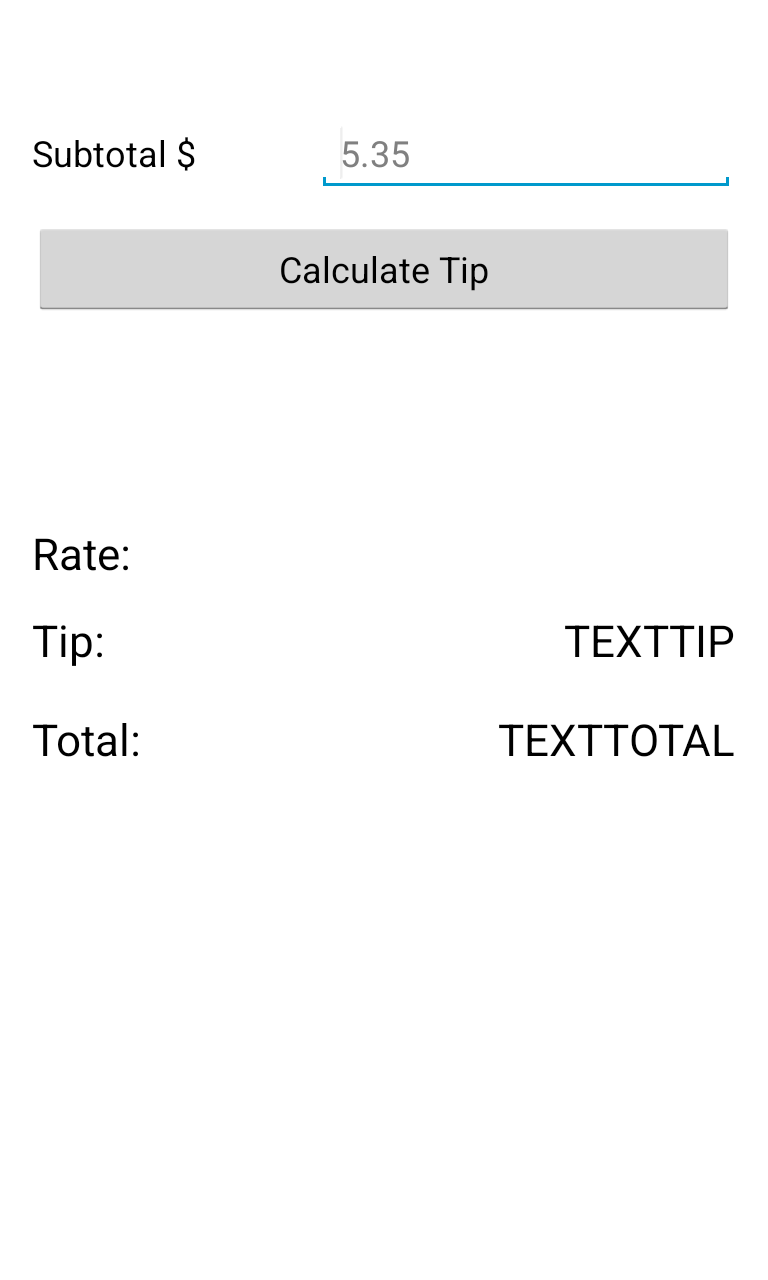
Repository: Jooms/Examples
Layout: RoundTipper/res/layout/activity_main.xml
The author's editor kept a copy of each file at every save. The layout is drawn from the files as they stood at one save, then again after the next save.
It is drawn on a 768 x 1280 px phone screen (xhdpi) without system bars, with theme AppTheme; the app's code is not run.

Above is the layout before, as saved 2014-10-08 07:03:20.

After the next save:
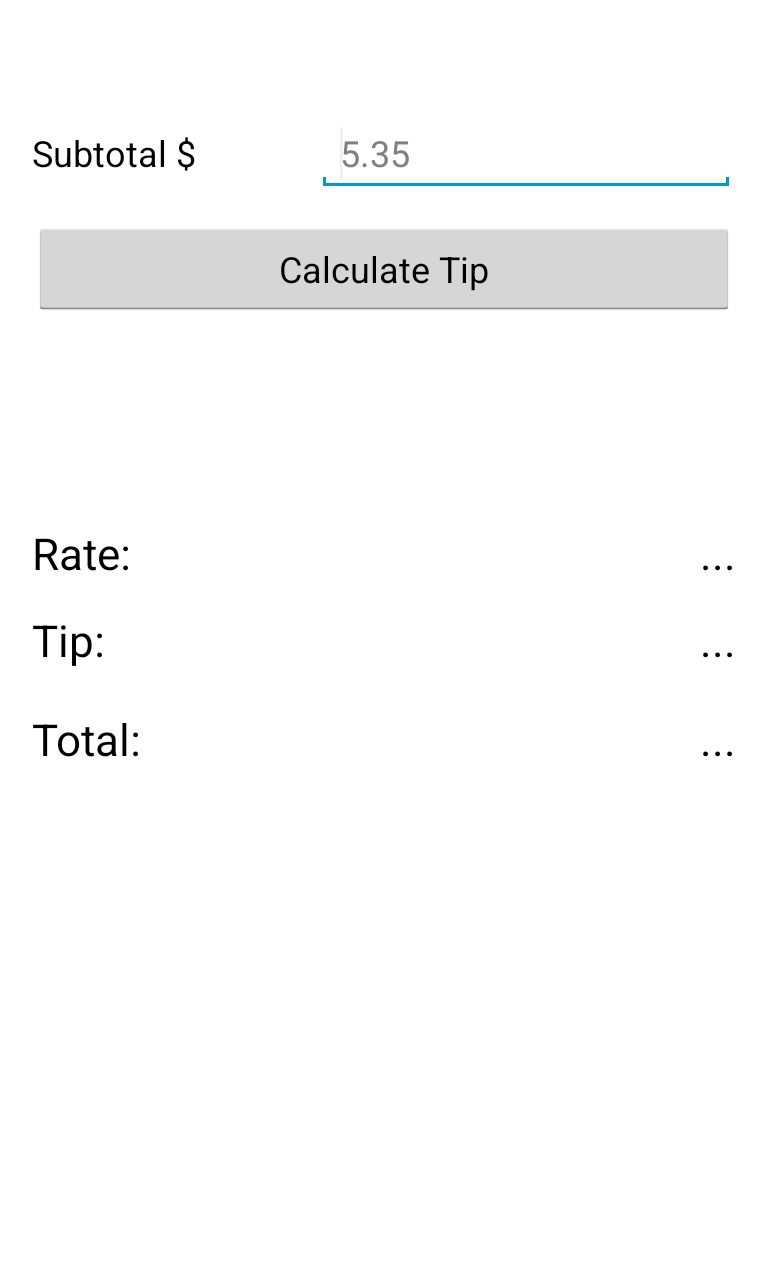
Saved 44 s later.
--- a/RoundTipper/res/layout/activity_main.xml
+++ b/RoundTipper/res/layout/activity_main.xml
@@ -69,7 +69,7 @@
         android:layout_alignBaseline="@+id/textView4"
         android:layout_alignBottom="@+id/textView4"
         android:layout_alignRight="@+id/buttonCalc"
-        android:text="TEXTTOTAL"
+        android:text="..."
         android:textAppearance="?android:attr/textAppearanceLarge" />
 
     <TextView
@@ -79,7 +79,7 @@
         android:layout_alignBaseline="@+id/textView3"
         android:layout_alignBottom="@+id/textView3"
         android:layout_alignRight="@+id/textTotal"
-        android:text="TEXTTIP"
+        android:text="..."
         android:textAppearance="?android:attr/textAppearanceLarge" />
 
     <TextView
@@ -92,5 +92,14 @@
         android:text="Rate:"
         android:textAppearance="?android:attr/textAppearanceLarge" />
 
+    <TextView
+        android:id="@+id/textRate"
+        android:layout_width="wrap_content"
+        android:layout_height="wrap_content"
+        android:layout_alignBaseline="@+id/textView2"
+        android:layout_alignBottom="@+id/textView2"
+        android:layout_alignRight="@+id/textTip"
+        android:text="..."
+        android:textAppearance="?android:attr/textAppearanceLarge" />
 
 </RelativeLayout>
